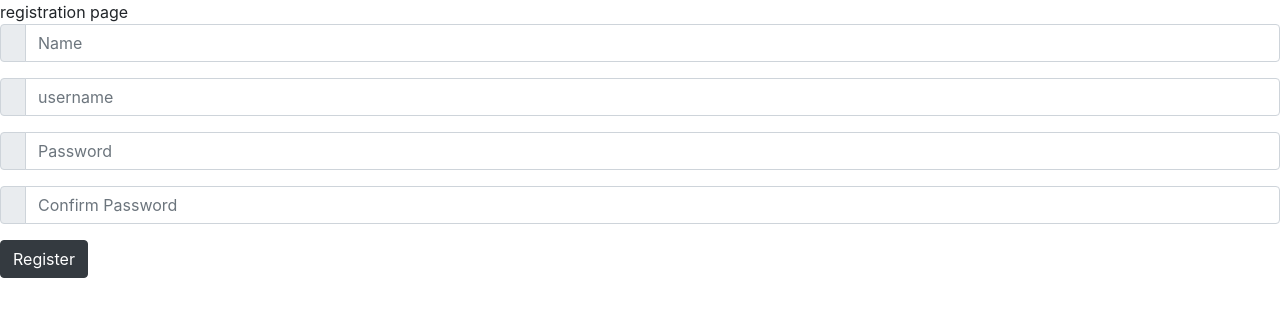
Repository: vishnushelke/LoginPage
Page: http://localhost/MyLoginPage/register.jsp
These files come from the project's save history. The page is drawn as it stood at one moment and after the next save; the edit follows.
The browser window is 1280 px wide. The pictures show the whole page.
The page is served by Tomcat 9.

Above is the page before, as saved 2019-10-10 06:11:50.

After the next save:
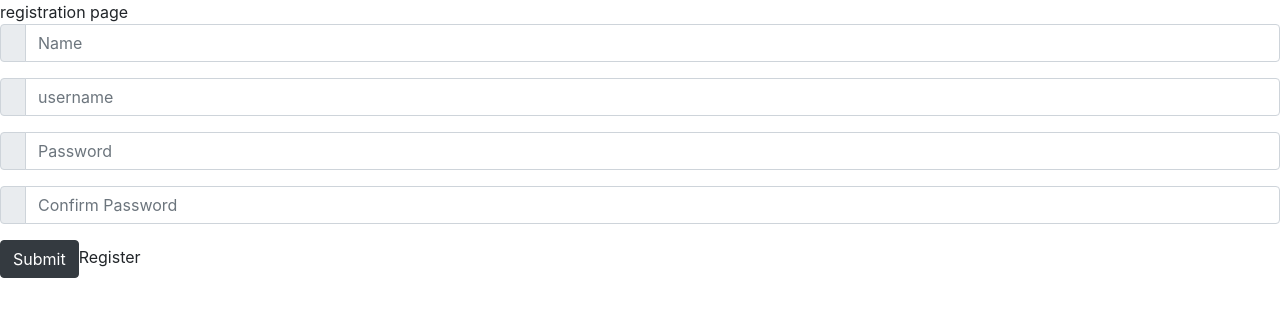
Saved 5 s later.
--- a/MyLoginPage/WebContent/register.jsp
+++ b/MyLoginPage/WebContent/register.jsp
@@ -44,7 +44,7 @@
   </div>
   <input type="password" class="form-control" placeholder="Confirm Password" name="confirm_password" aria-label="Confirm Password" aria-describedby="basic-addon1">
 </div>
-<button type="submit" class="btn btn-dark">Register</button>
+<input type="submit" class="btn btn-dark">Register</button>
 </form>
 
 </body>
